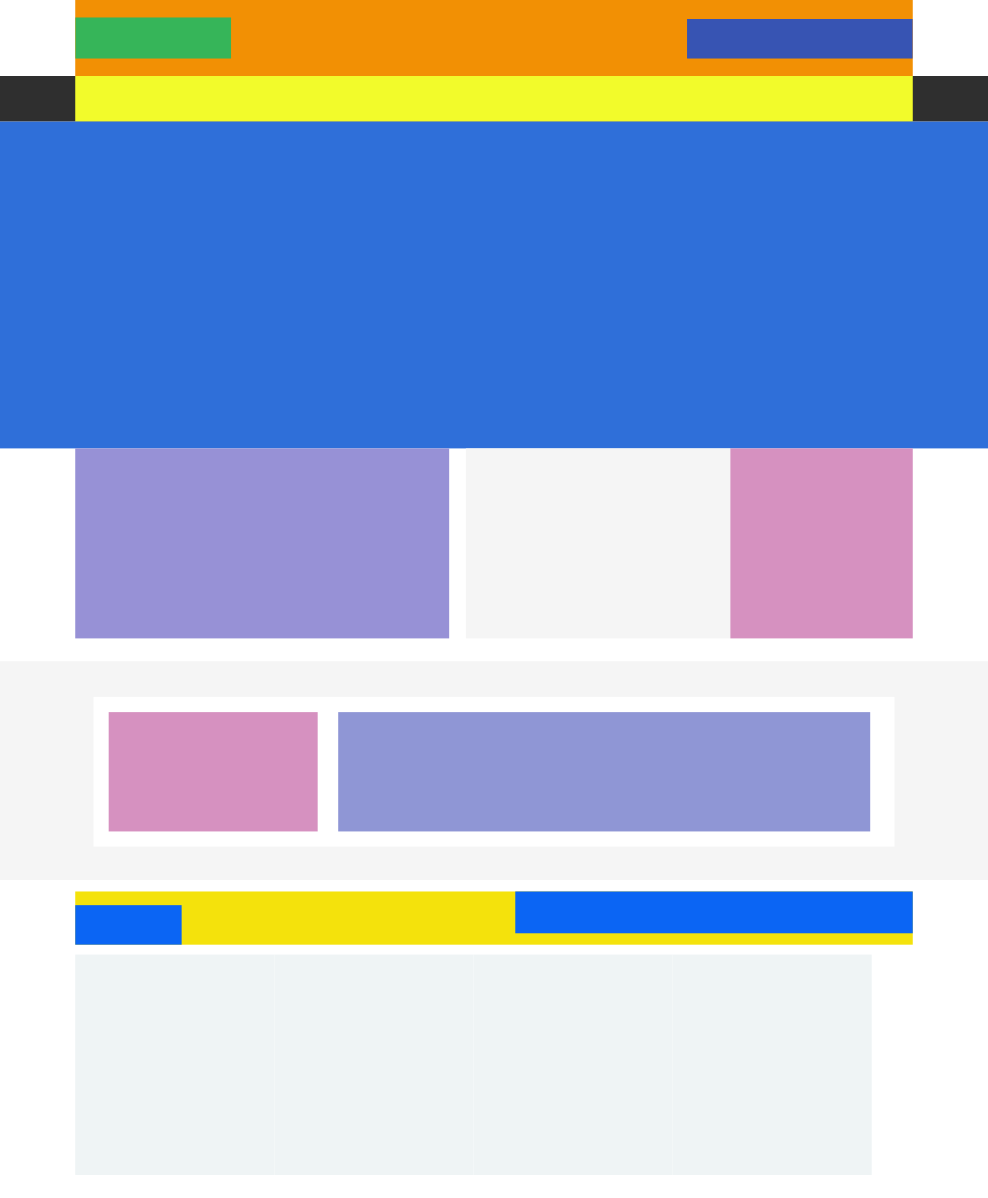
Repository: A1LExX/H5_study_set
Page: day04/扣丁.html
The author's editor kept a copy of each file at every save. The page is drawn from the files as they stood at one save, then again after the next save.
The browser window is 1280 px wide. The page is 1300 px wide, so the pictures cover 1300 px, including what lies to the right of the window. The pictures show the whole page, at 76% of full size.

Above is the page before, as saved 2021-06-24 22:31:17.

### day04/扣丁.html
<!--
@author [Alex Wei]
@email [w2262196@outlook.com]
@create date 2021-06-24 19:47:26
@modify date 2021-06-24 20:46:20
@desc [description]
-->
<!DOCTYPE html>
<html lang="en">

<head>
    <meta charset="UTF-8">
    <meta http-equiv="X-UA-Compatible" content="IE=edge">
    <meta name="viewport" content="width=device-width, initial-scale=1.0">
    <title>扣丁学堂</title>
    <link rel="stylesheet" href="./css/codingke.css">
</head>

<body>
    <div class="header">
        <div class="insideHeader">
            <div class="leftBox"></div>
            <div class="rightBox"></div>
        </div>
    </div>
    <div class="con1">
        <div class="out1"></div>
    </div>
    <div class="con2"></div>
    <div class="con3">
        <div class="out2">
            <div class="con3Box1"></div>
            <div class="con3Box2"></div>
            <div class="con3Box3"></div>
        </div>
    </div>
    <div class="con4">
        <div class="out3">
            <div class="con4Box1"></div>
            <div class="con4Box2"></div>
        </div>
    </div>
    <div class="con5">
        <div out="out4">
            <div class="out4_1">
                <div class="out4_1Box1"></div>
                <div class="out4_1Box2"></div>
            </div>
            <div class="out4_2">
                <div class="out4_2Box1"></div>
                <div class="out4_2Box2"></div>
                <div class="out4_2Box3"></div>
                <div class="out4_2Box4"></div>
            </div>
        </div>
    </div>
</body>

</html>

### day04/css/codingke.css
/**
 * @author [Alex Wei]
 * @email [w2262196@outlook.com]
 * @create date 2021-06-24 13:00:50
 * @modify date 2021-06-24 22:31:17
 * @desc [description]
 */
*{
    padding: 0;
    margin: 0;
}
.header{
    width: 1300px;
    height: 100px;
}
.insideHeader{
    width: 1102px;
    height: 100px;
    background: #f29004;
    overflow: hidden;
    margin: 0 auto;
}
.leftBox{
    width: 205px;
    height: 54px;
    background: #36b559;
    float: left;
    margin-top: 23px;
}
.rightBox{
    width: 297px;
    height: 52px;
    background: #3754b3;
    float: right;
    margin-top: 25px;
}
.con1{
    width: 1300px;
    height: 60px;
    background: #2f2f2f;
}
.out1{
    width: 1102px;
    height: 60px;
    background: #f2fb2b;
    margin: 0 auto;
}
.con2{
    width: 1300px;
    height: 430px;
    background: #2f6fd9;
}
.con3{
    width: 1300px;
    height: 250px;
    padding-bottom: 30px;
}
.out2{
    width: 1102px;
    height: 250px;
    margin: 0 auto;
}
.con3Box1{
    width: 492px;
    height: 250px;
    background: #9791d6;
    float: left;
    margin-right: 22px;
}
.con3Box2{
    width: 348px;
    height: 250px;
    float: left;
    background: #f5f5f5;
}
.con3Box3{
    width: 240px;
    height: 250px;
    float: left;
    background: #d691c0;
}
.con4{
    width: 1300px;
    height: 288px;
    background: #f5f5f5;
    overflow: hidden;
}
.out3{
    width: 1002px;
    height: 157px;
    background: #ffffff;
    margin: 0 auto;
    padding-top: 20px;
    padding-right:32px;
    padding-left: 20px;
    padding-bottom: 20px;
    margin-top: 47px;
    margin-bottom: 45px;
}
.con4Box1{
    width: 275px;
    height: 157px;
    background: #d691c0;
    float: left;
    margin-right: 27px;

}
.con4Box2{
    width: 700px;
    height: 157px;
    background: #8f96d5;
    float: left;
}
.con5{
    width: 1300px;
    height: 373px;
    overflow: hidden;
    padding-top: 15px;
    padding-bottom: 30px;
}
.out4{
    width: 1102px;
    height: 373px;
}
.out4_1{
    width: 1102px;
    height: 70px;
    background: #f4e20c;
    margin: 0 auto;
    margin-bottom: 13px;
}
.out4_2{
    width: 1102px;
    height: 290px;
    margin: 0 auto;
}
.out4_1Box1{
    width: 140px;
    height: 52px;
    float: left;
    background: #0b65f4;
    margin-top: 18px;
}
.out4_1Box2{
    width: 523px;
    height: 55px;
    float: right;
    background: #0b65f4;
}
.out4_2Box1{
    width: 262px;
    height: 290px;
    float: left;
    background: #eff4f5;
}
.out4_2Box2{
    width: 262px;
    height: 290px;
    float: left;
    background: #eff4f5;
}
.out4_2Box3{
    width: 262px;
    height: 290px;
    float: left;
    background: #eff4f5;
}
.out4_2Box4{
    width: 262px;
    height: 290px;
    float: left;
    background: #eff4f5;
}

After the next save:
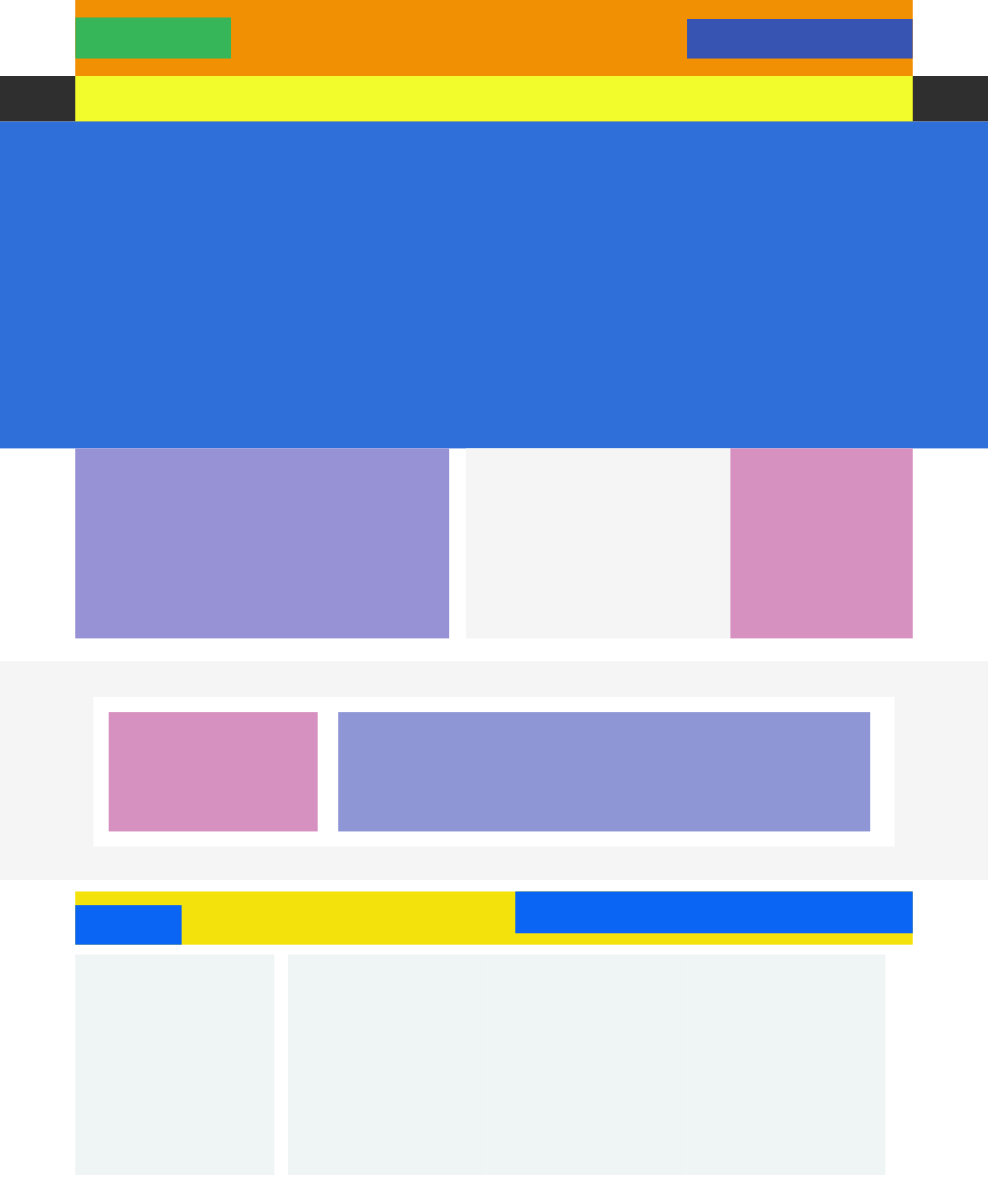
Saved 54 s later.
--- a/day04/css/codingke.css
+++ b/day04/css/codingke.css
@@ -2,7 +2,7 @@
  * @author [Alex Wei]
  * @email [w2262196@outlook.com]
  * @create date 2021-06-24 13:00:50
- * @modify date 2021-06-24 22:31:17
+ * @modify date 2021-06-24 22:32:10
  * @desc [description]
  */
 *{
@@ -152,6 +152,7 @@
     height: 290px;
     float: left;
     background: #eff4f5;
+    margin-right: 18px;
 }
 .out4_2Box2{
     width: 262px;
